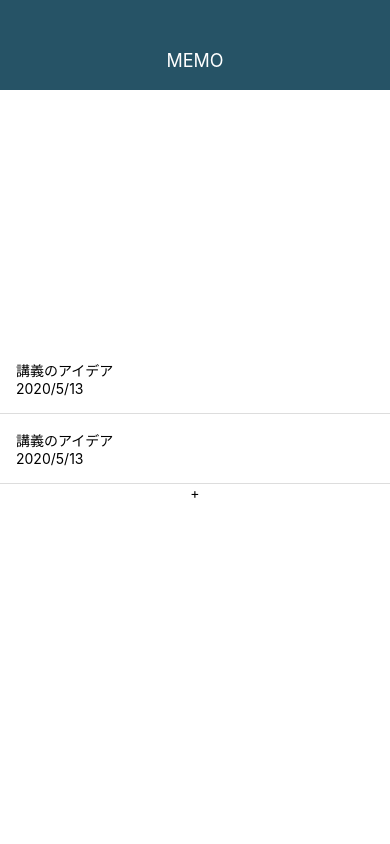
Repository: NagataRyuji0630/memo_app_for_reactNative
Page: /
These files come from the project's save history. The page is drawn as it stood at one moment and after the next save; the edit follows.
The browser window is 390 px wide. The pictures show the whole page.
The app was drawn by React Native's web renderer in a window 390 px wide. The project was rebuilt for these pictures with package versions that can differ from the ones it lists, and the page was loaded fresh each time.

Above is the page before, as saved 2020-05-14 07:50:43.

After the next save:
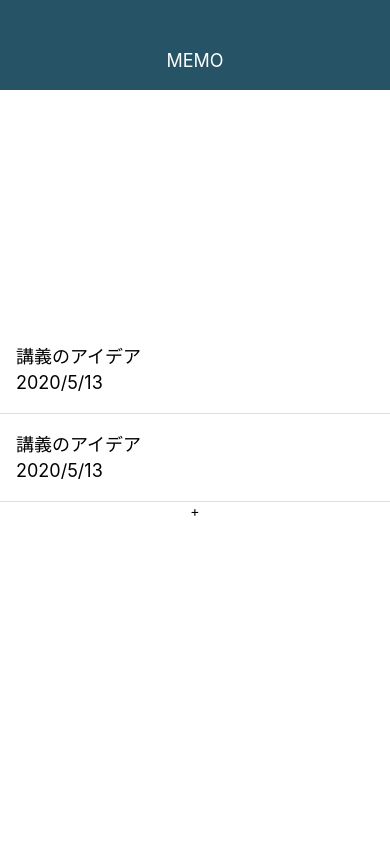
Saved 114 s later.
--- a/App.js
+++ b/App.js
@@ -62,5 +62,13 @@ const styles = StyleSheet.create({
     padding: 16,
     borderBottomWidth: 1,
     borderBottomColor: '#ddd',
+  },
+  memoTitle: {
+    fontSize: 18,
+    marginBottom: 4,
+  },
+  memoDare: {
+    fontSize: 12,
+    color: '#a2a2a2'
   }
 });
